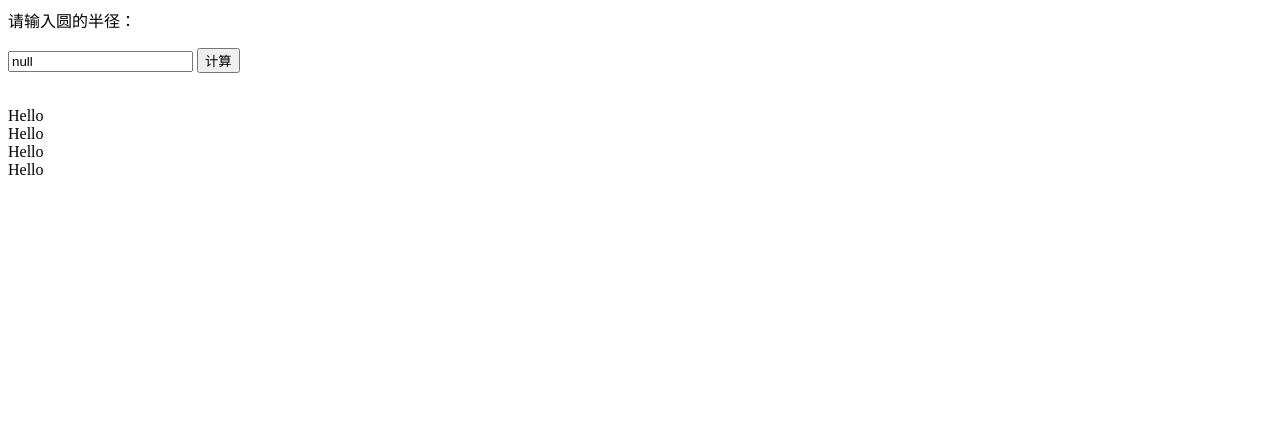
Repository: Coder-YJ/Java
Page: http://localhost/JspTest/class_declare.jsp
An editor plug-in stored every save of this project. The page is shown before and after a run of saves, followed by the edit.
The browser window is 1280 px wide. The pictures show the whole page.
The page is served by Tomcat 9.

Above is the page before, as saved 2018-04-01 14:21:14.

After the next 2 saves:
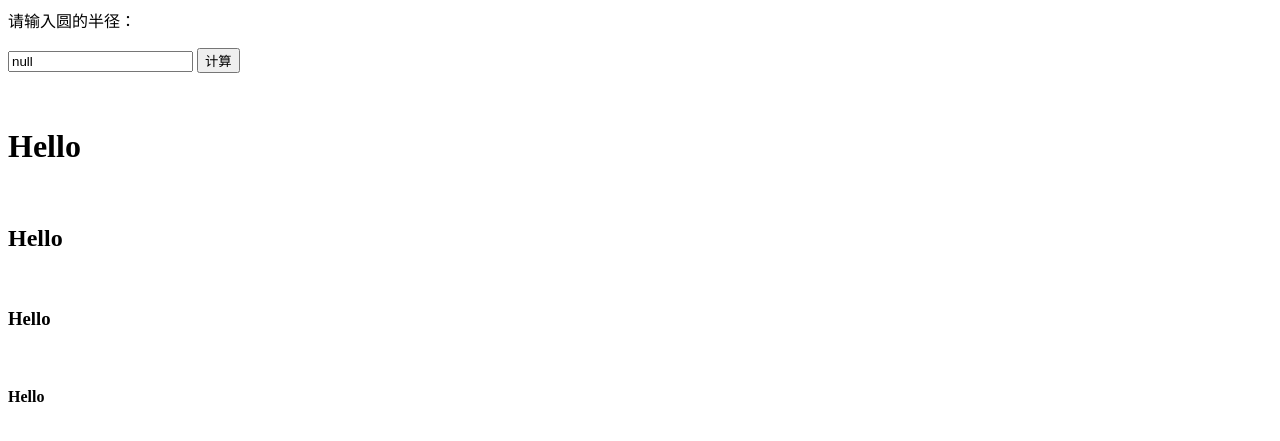
The 2 saves are shown as one change because they came seconds apart.
The last was saved 60 s later.
--- a/MyEclipse10/JspTest/WebRoot/class_declare.jsp
+++ b/MyEclipse10/JspTest/WebRoot/class_declare.jsp
@@ -39,7 +39,7 @@
 		<%
 			for (int i = 1; i <= 4; i++) {
 		%>
-		<h font<%=i%>>Hello</H<%=i%>><br>
+		<h<%=i%>>Hello</h<%=i%>><br>
 		<%
 			}
 		%>
